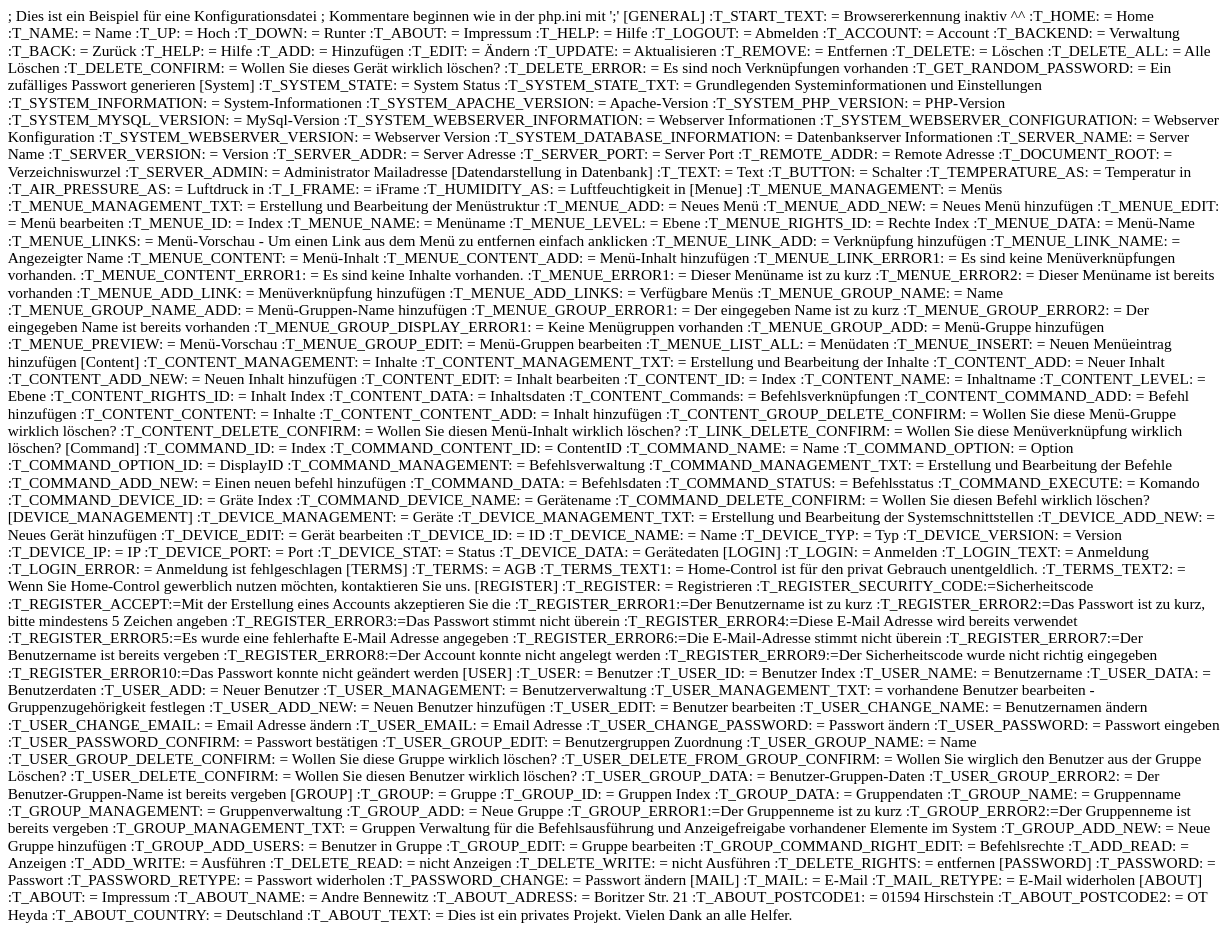
Repository: 0xF3ERROR/Home-Control
Page: http://localhost/language/lang_Ger.php
The author's editor kept a copy of each file at every save. The page is drawn from the files as they stood at one save, then again after the next save.
The browser window is 1280 px wide. The pictures show the whole page, at 96% of full size.
The page is run by PHP 8.4 with error messages shown; the project is at /var/www/html/.

Above is the page before, as saved 2012-09-17 19:20:36.

After the next save:
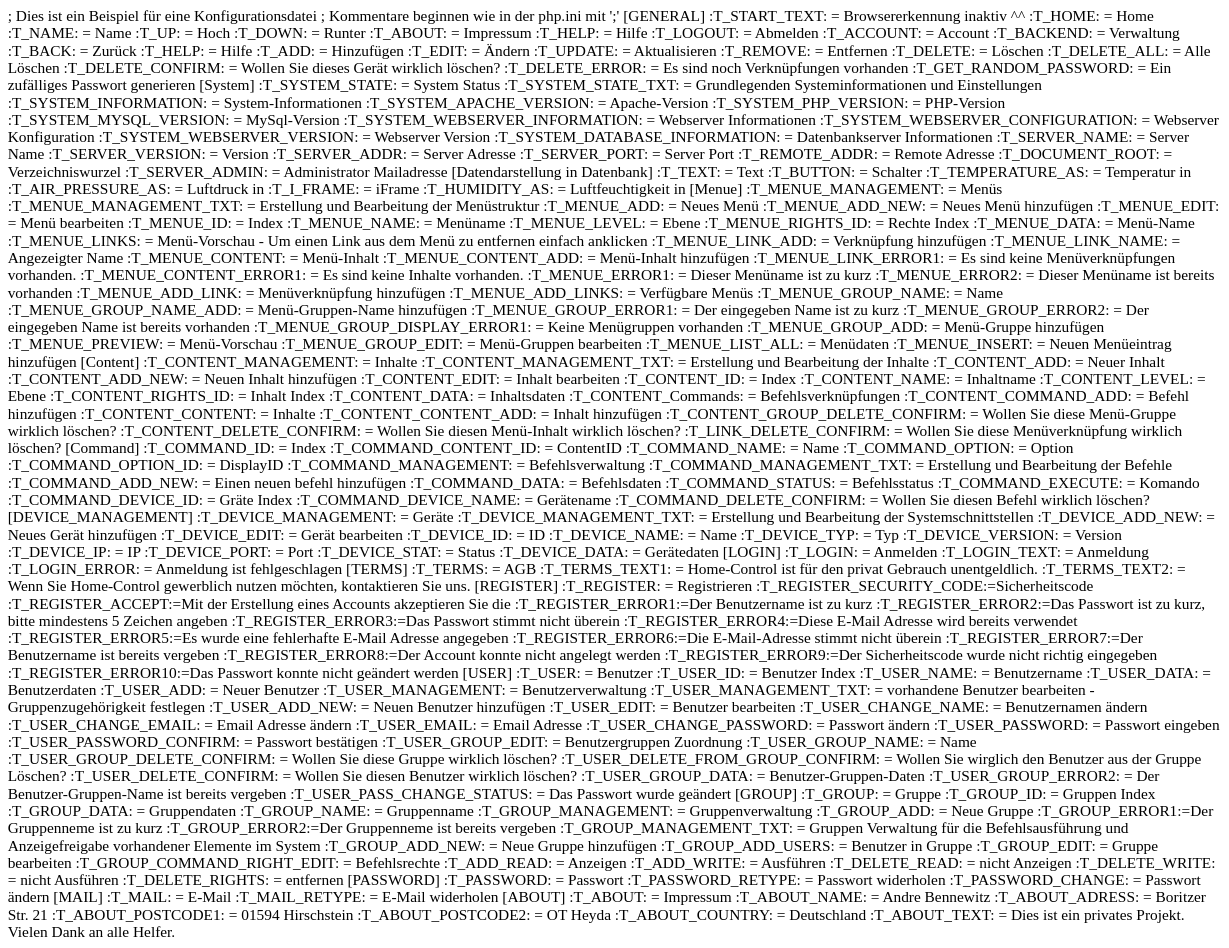
Saved 42 s later.
--- a/Source/language/lang_Ger.php
+++ b/Source/language/lang_Ger.php
@@ -196,6 +196,11 @@
 :T_USER_GROUP_DATA: = Benutzer-Gruppen-Daten
 :T_USER_GROUP_ERROR2: = Der Benutzer-Gruppen-Name ist bereits vergeben
 
+
+:T_USER_PASS_CHANGE_STATUS: = Das Passwort wurde geändert
+
+
+
 [GROUP]
 :T_GROUP: = Gruppe
 :T_GROUP_ID: = Gruppen Index
